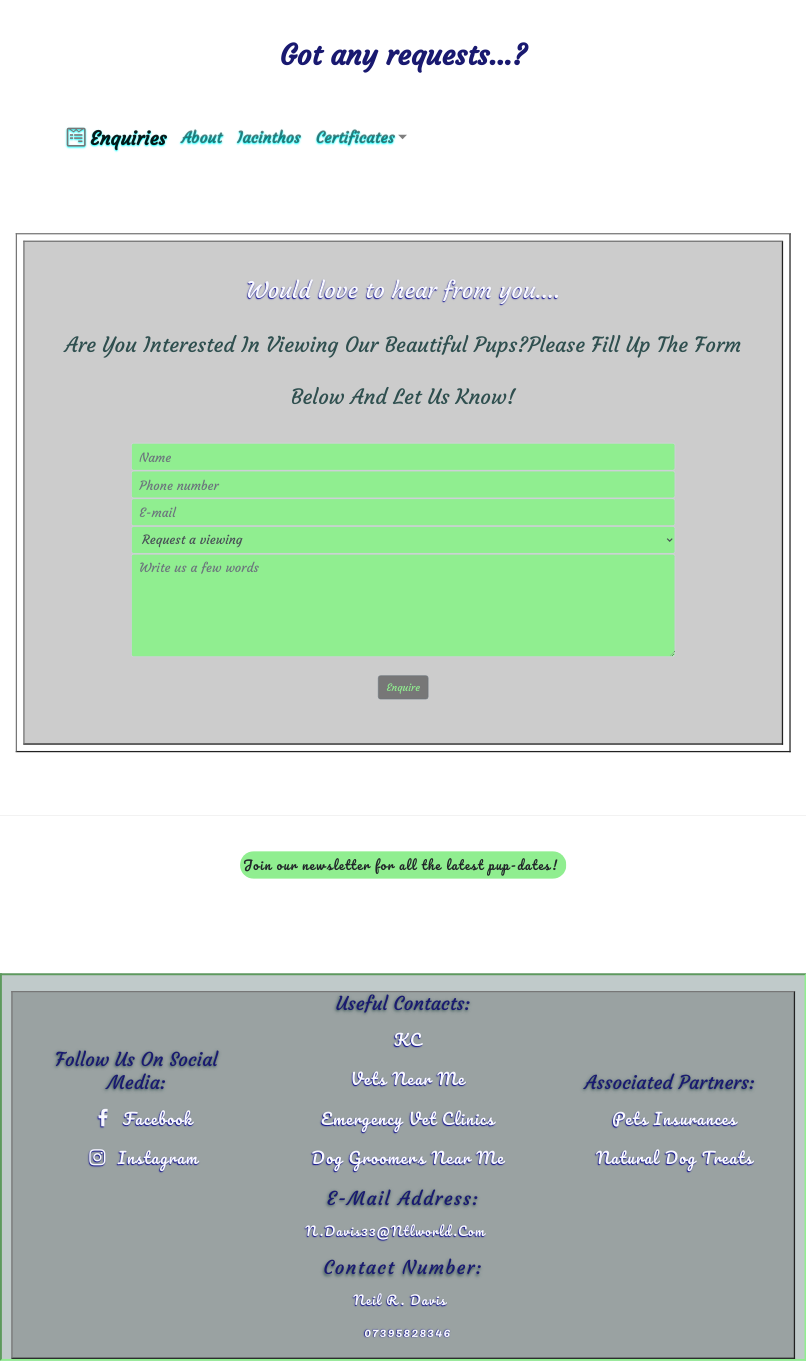
Repository: Code-Institute-Submissions/GeorgiosSklav-Iacinthos-blog
Page: request-form.html
The author's editor kept a record of every edit. The page is drawn from the files as they stood at one moment, then again after the next edit.
The browser window is 1280 px wide. The pictures show the whole page, at 63% of full size.

Above is the page before.

### request-form.html
<!DOCTYPE html>
<html lang="en">

<head>
    <meta charset="UTF-8">
    <meta name="viewport" content="width=device-width, initial-scale=1.0">
    <meta http-equiv="X-UA-Compatible" content="ie=edge">
    <link rel="stylesheet" href="https://stackpath.bootstrapcdn.com/bootstrap/4.3.1/css/bootstrap.min.css " integrity="sha384-ggOyR0iXCbMQv3Xipma34MD+dH/1fQ784/j6cY/iJTQUOhcWr7x9JvoRxT2MZw1T " crossorigin="anonymous">
    <title>Iacinthos mini Poodles</title>
    <link rel="stylesheet" href="https://stackpath.bootstrapcdn.com/font-awesome/4.7.0/css/font-awesome.min.css" integrity="sha384-wvfXpqpZZVQGK6TAh5PVlGOfQNHSoD2xbE+QkPxCAFlNEevoEH3Sl0sibVcOQVnN" crossorigin="anonymous">
    <link rel="stylesheet" href="style.css" type="text/css" />
</head>

<body>

    <!--Header-->

    <header class="container">
        <div class="row align-items-start homepage">
            <div class="col-12 logo">
                <h1>Got any requests...?</h1>
            </div>
        </div>
        <nav class="navbar navbar-light navbar-expand-sm">
            <div class="navbar-brand"><i class="fa fa-wpforms"></i>Enquiries</div>
            <button class="navbar-toggler ml-auto" type="button" data-toggle="collapse" data-target="#navbarNavDropdown" aria-controls="navbarNavDropdown">
            <span class="navbar-toggler-icon"></span></button>
            <div class="collapse navbar-collapse" id="navbarNavDropdown">
                <ul class="navbar-nav mt-auto mt-2 mt-lg-0">
                    <li class="nav-item item2 mr-2"><a class="nav-link" href="about-them.html">About</a></li>
                    <li class="nav-item mr-2"><a class="nav-link" href="index.html">Iacinthos</a></li>
                    <li class="nav-item dropdown">
                        <div class="nav-link dropdown-toggle" id="navbarDropdownMenuLink" role="button" data-toggle="dropdown" aria-haspopup="true" aria-expanded="false">
                            Certificates</div>
                        <div class="dropdown-menu" aria-labelledby="navbarDropdownMenuLink">
                            <a class="dropdown-item" target="_blank" href="./Media/certificate.pdf"><i class="fa fa-download"></i>Kennel Club</a>
                            <a class="dropdown-item" target="_blank" href="./Media/lineage1.pdf"><i class="fa fa-download"></i>Blood-Lineage</a>
                        </div>
                    </li>
                </ul>
            </div>
        </nav>
    </header>

    <!--main-body-->

    <main>
        <div class="jumbotron-fluid about" id="frame">
            <div class="background-overlay">
                <section class="container-fluid">
                    <div class="row about">
                        <div class="col">
                            <h3 class="about-title contact-heading text-center">Would love to hear from you....</h3>
                            <p class="contact capitalise">Are you interested in viewing our beautiful pups?Please fill up the form below and let us know!</p>
                            <div class="center-form">
                                <form>
                                    <input type="text" name="name" id="fullname" class="form-control" placeholder="Name" required/>
                                    <input type="text" name="number" id="number" class="form-control" placeholder="Phone number" required/>
                                    <input type="email" name="email" id="emailaddress" class="form-control" placeholder="E-mail" required/>
                                    <select class="form-control control">
                                    <option>Request a viewing</option>
                                    <option>Litter enquiries</option>
                                    <option>Other</option>
                                    </select>
                                    <textarea rows="5" name="projectsummary" id="projectsummary" class="form-control" placeholder="Write us a few words" required></textarea>
                                    <div class="form-row text-center">
                                        <div class="col">
                                            <button type="submit" class="btn btn-secondary">Enquire</button>
                                        </div>
                                    </div>
                                </form>
                            </div>
                        </div>
                    </div>
                </section>
            </div>
        </div>
        <hr>

        <!--Modal-->

        <button type="button" class="btn btn-color" data-toggle="modal" data-target="#exampleModal">
  Join our newsletter for all the latest pup-dates!
</button>
        <div class="modal fade" id="exampleModal" tabindex="-1" role="dialog" aria-labelledby="exampleModalLabel" aria-hidden="true">
            <div class="modal-dialog" role="document">
                <div class="modal-content">
                    <div class="modal-header">
                        <h5 class="modal-title" id="exampleModalLabel">Join our family with a flick of your paw!</h5>
                        <button type="button" class="close" data-dismiss="modal" aria-label="Close">
                     <span aria-hidden="true">&times;</span>
        </button>
                    </div>
                    <div class="modal-body">
                        <form class="modal-newsletter">
                            <div class="form-group ">
                                <input type="email" class="form-control" id="InputEmail2" aria-describedby="InputEmail2" placeholder="Your Woof-mail....">
                            </div>
                            <div class="form-group">
                                <input type="password" class="form-control" id="InputPassword2" placeholder="....and a Woof-password">
                            </div>
                            <div class="form-group form-check">
                                <input type="checkbox" class="form-check-input" id="Check1">
                                <label class="form-check-label" for="Check1">Remember me</label>
                            </div>
                        </form>
                    </div>
                    <div class="modal-footer">
                        <button type="button" class="btn btn-danger" data-dismiss="modal">Close</button>
                        <button type="button" class="btn btn-info">Subscribe</button>
                    </div>
                </div>
            </div>
        </div>
    </main>

    <!--footer-->

    <footer class="container-fluid footer">
        <div class="background-overlay">
        <div class="row align-items-end">
            <div class="col">
                <h4 class="social-title capitalise">Follow us on social media:</h4>
                <ul class="social-links">
                    <li>
                        <a target="_blank" href="https://www.facebook.com/neil.davis.9862">
                            <i class="fa fa-facebook"></i>
                            <span>Facebook</span>
                        </a>
                    </li>
                    <li>
                        <a target="_blank" href="https://instagram.com/neilr.davis?igshid=wmi0mqp5d2se">
                            <i class="fa fa-instagram"></i>
                            <span>Instagram</span>
                        </a>
                    </li>
                </ul>
            </div>
            <div class="col">
                <h4 class="social-title capitalise">Useful contacts:</h4>
                <ul class="social-links">
                    <li>
                        <a target="_blank" href="https://www.thekennelclub.org.uk/">
                            <span class="capitalise">KC</span>
                        </a>
                    </li>
                    <li>
                        <a target="_blank" href="https://www.google.com/search?q=vet+near+me&oq=vet+near&aqs=chrome.0.0j69i57j0l4.4119j0j7&sourceid=chrome&ie=UTF-8">
                            <span class="capitalise">Vets near me</span>
                        </a>
                    </li>
                    <li>
                        <a target="_blank" href="https://www.google.com/search?q=emergency+vet+clinic+near+me&oq=emergency+vet&aqs=chrome.4.69i57j0l5.15430j0j7&sourceid=chrome&ie=UTF-8">
                            <span class="capitalise">Emergency vet clinics</span>
                        </a>
                    </li>
                    <li>
                        <a target="_blank" href="https://www.google.com/search?q=dog+groomer+near+me&oq=dog+groomer&aqs=chrome.1.69i57j0l5.4790j0j7&sourceid=chrome&ie=UTF-8">
                            <span class="capitalise">Dog groomers near me</span>
                        </a>
                    </li>
                </ul>
            </div>
            <div class="col">
                <h4 class="social-title capitalise">Associated partners:</h4>
                <ul class="social-links">
                    <li>
                        <a target="_blank" href="https://www.google.com/search?q=pet+insurance+near+me&oq=pet+ins&aqs=chrome.2.0j69i57j0l4.6094j0j7&sourceid=chrome&ie=UTF-8">
                            <span class="capitalise">pets insurances</span>
                        </a>
                    </li>
                    <li>
                        <a target="_blank" href="https://www.doglistener.co.uk/catalog/natural-dog-treats-0">
                            <span class="capitalise">natural dog treats</span>
                        </a>
                    </li>
                </ul>
            </div>
            <div class="col-12 contacts">
                <h4 class="social-title capitalise">e-mail address:</h4>
                <p class="capitalise social-links">
                    n.davis33@ntlworld.com
                </p>
                <h4 class="social-title capitalise">Contact number:</h4>
                <ul class="social-links">
                    <li class="social-links capitalise">
                        neil r. davis
                    </li>
                    <li class="capitalise">
                        07395828346
                    </li>
                </ul>
            </div>
        </div>
        </div>
    </footer>

    <script src="https://code.jquery.com/jquery-3.3.1.slim.min.js" integrity="sha384-q8i/X+965DzO0rT7abK41JStQIAqVgRVzpbzo5smXKp4YfRvH+8abtTE1Pi6jizo" crossorigin="anonymous"></script>
    <script src="https://cdnjs.cloudflare.com/ajax/libs/popper.js/1.14.7/umd/popper.min.js" integrity="sha384-UO2eT0CpHqdSJQ6hJty5KVphtPhzWj9WO1clHTMGa3JDZwrnQq4sF86dIHNDz0W1" crossorigin="anonymous"></script>
    <script src="https://stackpath.bootstrapcdn.com/bootstrap/4.3.1/js/bootstrap.min.js" integrity="sha384-JjSmVgyd0p3pXB1rRibZUAYoIIy6OrQ6VrjIEaFf/nJGzIxFDsf4x0xIM+B07jRM" crossorigin="anonymous"></script>
</body>

</html>

### style.css
@import url('https://fonts.googleapis.com/css?family=Courgette:100,200,300,400,500,600,700|Pacifico:100,200,300,400,500,600,700');

/*------------------------------------------------body background*/

body {
    line-height: 2.5;
    text-align: center;
}

.background-overlay {
    position: relative;
    height: 100%;
    width: 100%;
    padding: 0;
    background-color: rgba(0, 0, 0, 0.2);
    border: 2px outset #777;
}

h1 {
    font-family: "Courgette", sans-serif;
    font-weight: 700;
    font-size: 45px;
    color: #191970;
    margin-top: 35px;
    margin-bottom: 5px;
    padding-top: 25px;
}

.heading {
    margin: 25px;
}

.capitalise {
    text-transform: capitalize;
}

/*------------------------------------------------Navbar*/

.navbar {
    word-wrap: normal;
   margin-bottom: 100px;
   margin-top: 50px;
}

.navbar-light {
    font-family: 'Courgette', sans-serif;
    font-weight: 600;
    font-size: 25px;
    text-shadow: 0px 2px 3px #00ffff;
}

.nav-link {
margin: 0;
 right:0;
 bottom: 0;
 color: #fff;
}

.nav-link:hover {
    background-color: rgba(120, 0, 50, .1);
}
.dropdown {
    margin-left: 0;
    padding: 0;
}
.dropdown-menu {
    background-color: #a9a9a9;
    font-weight: 600;
    font-size: 20px;
 padding:0;
}

.dropdown-menu ul li:hover {
    background-color: #a9a9a9;
}

.ml-auto {
    background-color: #a9a9a9;
}

.navbar i {
    font-size: 35px;
    padding-top: 0;
    padding-bottom: 5px;
    padding-right: 2px;
    margin: 5px;
    color: #777;
}

.navbar-brand {
    font-size: 30px;
}

.fa-download {
    margin-right: 2px;
    margin-left: 2px;
}

.fa-download:hover {
    color: #fff;
}

/*------------------------------------------Media queries*/

@media (max-width: 300px) {
    .ml-auto:hover {
        background-color: #777;
    }
    .dropdown-item:hover {
        background-color: #777;

    }
    #navbarNavDropdown {
        background-color: #a9a9a9;
    }


    #navbarNavDropdown ul li:hover {
        background-color: #90ee90;
    }
}



@media (max-width: 3800px) {
    .dropdown-menu {
        background-color: rgba(120, 0, 50, .3);

    }
    .dropdown-item:hover {
        background-color: #777;
        color: #fff;
    }
    .col-lg-3 {
        flex: 30%;
        max-width: 100%;
    }
}

/*------------------------------------------------Homepage*/

.homepage a {
    text-decoration: none;
    height: 100%;
}

.introduction {
    height: 90%;
    width: 90%;
}

.img-10 {
    float: left;
    width: 15%;
    border-radius: 50%;
    border: groove #777;
}

.img-20 {
    float: right;
    width: 20%;
    border-radius: 50%;
    border: groove #777;
    margin: 2px;
}

.img-30 {
    float: left;
    width: 30%;
    border: groove #777;
    margin: 2px;
}

.img-50 {
    margin-left: 25px;
    margin-bottom: 20px;
    width: 100%;
    float: none;
    border-style: groove;
    border-radius: 50%;
}

/*--------------------------------------------texts,p*/

.container-title {
    text-align: center;
    margin: 35px;
    font-family: "Courgette", sans-serif;
    color: #f8f8ff;
    text-shadow: -1px 1px 2px #00008b;
}

.container-title i {
    font-size: 30px;
    padding: 15px;
    margin: 15px;
}

.dog-name {
    font-family: "Courgette", sans-serif;
    font-weight: 700;
    font-size: 32px;
    margin-left: 25px;
    color: #191970;
}

/*----------------------------------------about us section*/

.about {
    margin: 25px;
    font-family: "Courgette", sans-serif;
    font-size: 33px;
    color: #2f4f4f;
}

.about .about-title {
    color: #f8f8ff;
    text-shadow: -1px 1px 2px #00008b;
    font-size: 36px;
    padding: 5px 2px;
}

#frame {
    border: 2px outset #777;
    font-size: 33px;
    margin-top: 45px;
    margin-bottom: 100px;
    padding: 10px;
    font-weight: 200;
    background-color: #fff;
}

/*----------------------------------------newsletter button*/

.btn-color {
    background-color: #90ee90;
    font-family: "Pacifico", sans-serif;
    font-size: 20px;
    letter-spacing: 2px;
    margin: 40px 25px 150px;
    padding-left: 4px;
    border-radius: 50px;
}

.btn-color:hover {
    color: #90ee90;
    background-color: #777;
}

/*----------------------------------------Modal styling*/

.modal-title {
    font-family: "Pacifico", sans-serif;
    font-size: 25px;
    margin: 10px 5px;
}

.modal-content {
    background-color: #90ee90;
    text-shadow: -3px 2px 0.5px #ffefd5;
    color: #777;
}

.modal-footer .btn-danger,
.btn-info {
    margin-right: 20px;
}

.modal-body {
    padding: 0 15px 0 15px;
    top: 5px;
    bottom: 0;
    margin-top: 10px;
}


/*----------------------------------------footer*/

.footer {
    border: 3px inset #90ee90;
    background-color: rgba(47, 79, 79, .3);
    padding-top: 25px;
    margin: 0 5px 0 0;
    text-align: center;
    display: run-in;
}


.contacts .social-title {
    font-family: "Courgette", sans-serif;
    font-size: 30px;
    font-weight: 400;
    letter-spacing: 2px;
    color: #191970;
}


.social-links {
    list-style: none;
    padding-right: 25px;
    font-family: "Pacifico", sans-serif;
    color: #f8f8ff;
    font-size: 20px;
    font-weight: 300;
    letter-spacing: 2px;
    text-shadow: -1px 1px 2px #00008b;
}

.social-links li a {
    text-decoration: none;
    font-family: "Pacifico", sans-serif;
    font-size: 25px;
    font-weight: 400;
    letter-spacing: 2px;
    color: #f8f8ff;
    text-shadow: -1px 1px 2px #00008b;
}

.social-links li a:hover {
    color: #90ee90;
}

.social-links li i {
    font-size: 30px;
    height: 45px;
    width: 45px;
}

.social-title {
    word-break: keep-all;
    margin-left: 50px;
    margin-right: 50px;
    font-size: 30px;
    font-family: "Courgette", sans-serif;
    color: #191970;
    text-shadow: -1px 2px 5px #2f4f4f;
}

.contact-heading {
    font-family: "Courgette", sans-serif;
    font-weight: 300;
    margin-top: 25px;
    margin-bottom: 20px;
}

.form-control {
    font-size: 20px;
    background-color: #90ee90;
}

.control {
    background-color: #90ee90;
}

.center-form {
    padding: 15px 5px 10px;
    margin: 15px auto;
    max-width: 80%;
}

button[type="submit"] {
    margin-bottom: 20px;
    margin-top: 13px;
    color: #90ee90;
    background-color: #777;
}

button[type="submit"]:hover {
    background-color: #90ee90;
    color: #777;
}

After the next edit:
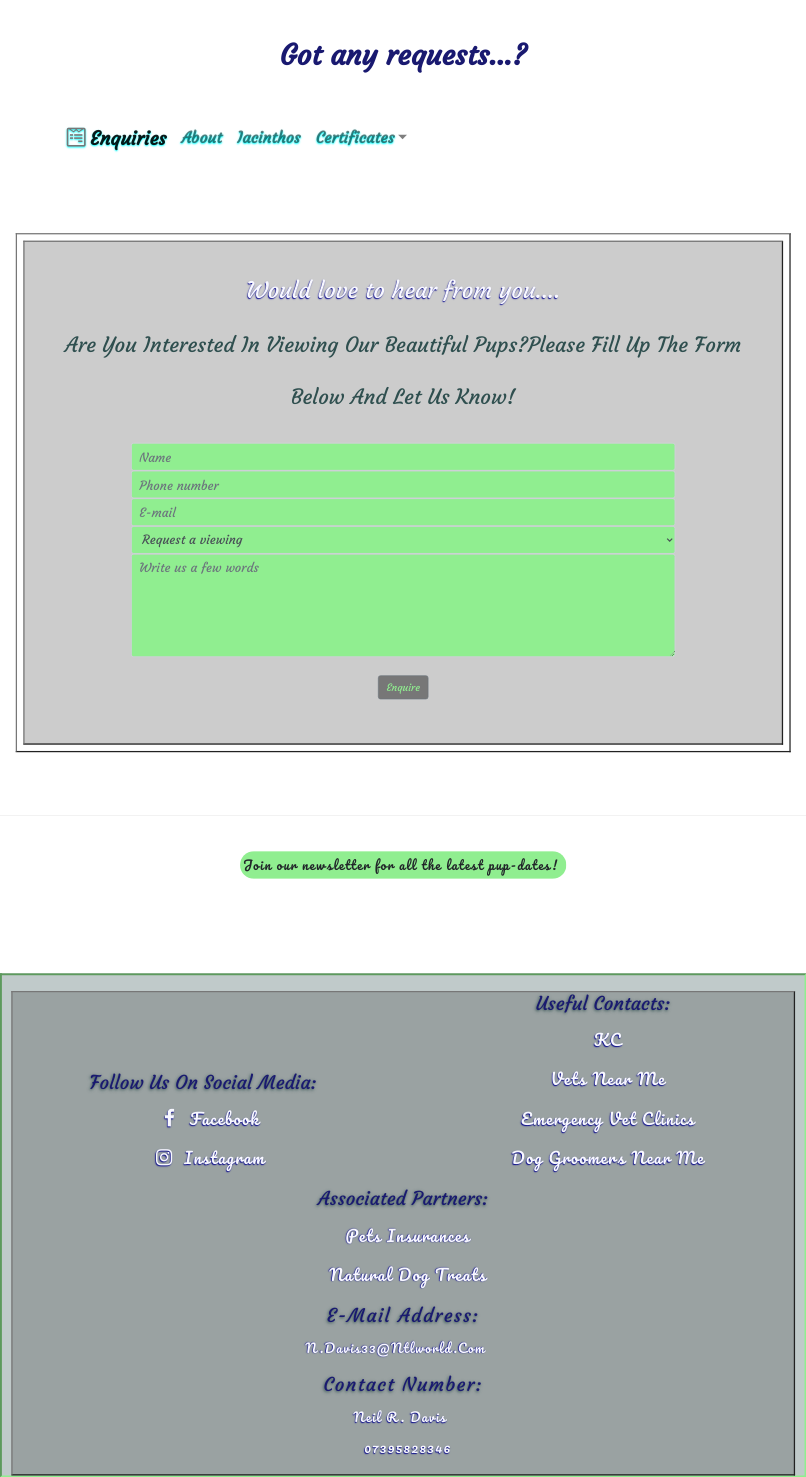
The edit:
--- a/request-form.html
+++ b/request-form.html
@@ -161,7 +161,7 @@
                     </li>
                 </ul>
             </div>
-            <div class="col">
+            <div class="col-12">
                 <h4 class="social-title capitalise">Associated partners:</h4>
                 <ul class="social-links">
                     <li>
